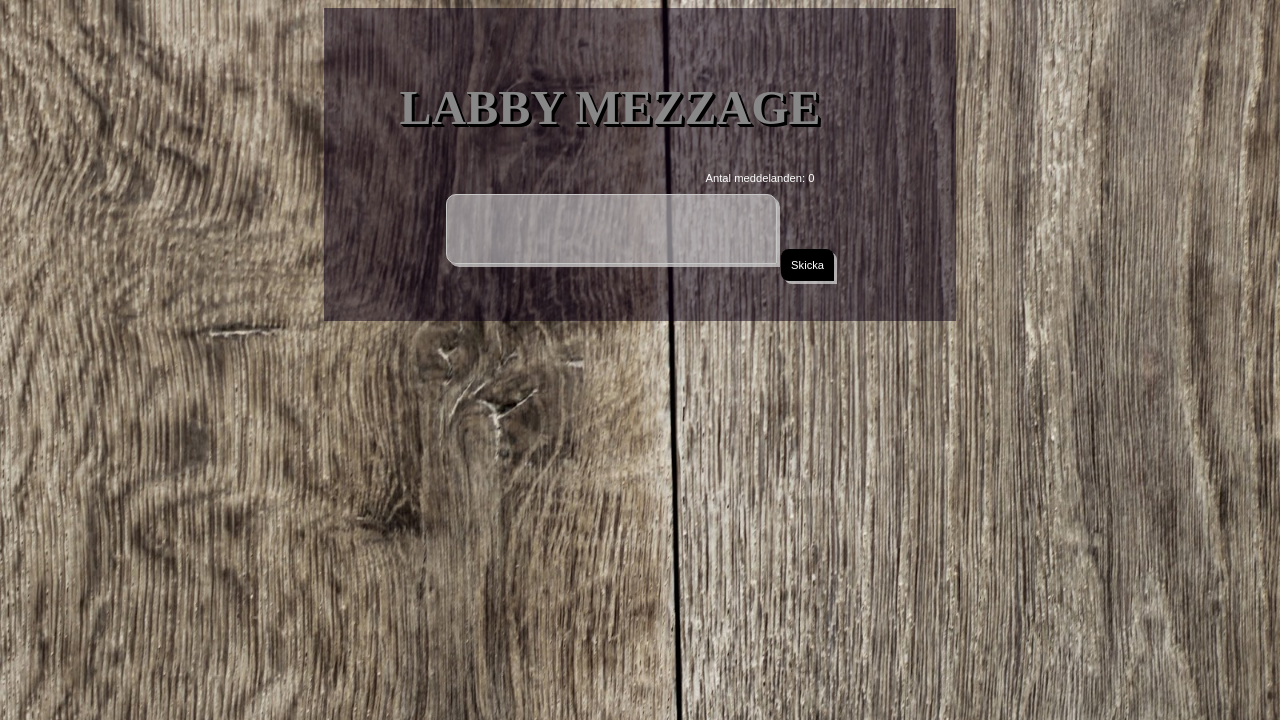
Repository: JeAut/1dv403-laborationer
Page: 2-labbymezzage/index.html
The author's editor kept a record of every edit. The page is drawn from the files as they stood at one moment, then again after the next edit.
The browser window is 1280 px wide. The pictures show the whole page.

Above is the page before.

### 2-labbymezzage/index.html
<!doctype html>
<html lang = "sv">
    <head>
        <meta charset="utf-8" />
        <meta name="viewport" content="width=device-width, initial-scale=1.0" />
        <title>Labby Mezzage</title>

        <link rel="stylesheet" href="style.css" type='text/css'>
        <link href='http://fonts.googleapis.com/css?family=Play:700' rel='stylesheet' type='text/css'>

        <script src="mainscript.js"></script>
        <script src="message.js"></script>

    </head>

    <body>

        <div id="container">
            <header>
                <h1>LABBY MEZZAGE</h1>
            </header>

            <main>
                <div id="messages"></div>
                <div id="counter"></div>
                <textarea id="textbox"></textarea>
                <input id="button" type="submit" value="Skicka" />
            </main>
        </div>

    </body>
</html>

### 2-labbymezzage/style.css



#container {
    display:block;
    height:1000%;
    padding:40px;

    margin-left:25%;
    margin-right:25%;
    text-align:center;
    background-color: rgba(12, 0, 20, 0.5);
}

#body {
    width:960px;
    margin: 0 auto;
}

body {
    background-image:url(wood.jpg);
    -webkit-background-size: cover;
    -moz-background-size: cover;
    -o-background-size: cover;
    background-size: cover;
}

h1 {
    margin-right:60px;
    color: #888;
    font-size: 48px;
    font-weight: bold;
    text-shadow: #000 1px 1px, #000 2px 2px, #000 3px 3px;
}


#textbox {
    resize:none;
    box-sizing:border-box;
    width: 60%;
    overflow:auto;
    height:70px;
    padding:10px;
    margin-bottom:5px;
    border-width:1px;
    border-color:rgb(200, 200, 200);
    border-style:solid;
    border-radius:10px 10px 0px 10px;
    box-shadow:3px 3px 0px rgba(220, 220, 220, 0.7);
    background-color:rgba(240, 240, 240, 0.5);
}

#button {
    float:none;
    padding:10px;
    border-radius:8px 8px 0px 8px;
    border:none;
    color:#FFF;
    background-color:#000;
    box-shadow:3px 3px 0px rgba(220, 220, 220, 0.7);
    font-size:0.7em;
}

.messagetime {
    margin-right: 4px;
    margin-left: 8px;

}

.removemessage {
    margin-left:200px;
}

#counter {
    float:none;
    padding-right:10px;
    padding-top:5px;
    padding-bottom:5px;
}

#counter, .datetext {
    font-family:Arial, sans-serif;
    font-size:0.7em;
    margin-left:250px;
    margin-bottom:5px;
    color:#fff;
}

.message {
    border-width:1px;
    border-color:#fff;
    border-style:solid;
    border-radius:10px;
    width:65%;
    overflow:auto;
    margin-left:121px;
    box-shadow:3px 3px 0px rgba(220, 220, 220, 0.7);
    background-color:rgba(240, 240, 240, 0.5);
}

.messagetext {
    font-family:Arial, sans-serif;
    color:#fff;
    font-size:0.9em;
}

.datetext {
    color:#000;
    margin-left:1px;
}

### 2-labbymezzage/mainscript.js
"use strict";

var mezzageApp = {

    messages: [],

    init: function(e){

        var button = document.querySelector("#button");
        var textarea = document.getElementById("textbox");
        document.getElementById("counter").innerHTML = "Antal meddelanden: 0";

        button.onclick = function(){
            mezzageApp.createMessage(textarea);
        };

        textarea.onkeypress = function(e){
            if(e.keyCode == 13 && !e.shiftKey){
                    e.preventDefault();
                    mezzageApp.createMessage(textarea);
            }
        };

    },

    createMessage: function(textarea){
        var message = textarea.value;

        if(message === ""){
            alert ("Du måste skriva in minst ett tecken.");
        }

        else if(message !== ""){

            var mess = new Message(message, new Date());
            mezzageApp.messages.push(mess);

            mezzageApp.renderMessages(mezzageApp.messages[mezzageApp.messages.length-1]);
        }
    },


    renderMessages: function(){

        document.getElementById("messages").innerHTML = "";
        var textbox = document.querySelector("#textbox");



        for (var i = 0; i < mezzageApp.messages.length; ++i){
            mezzageApp.renderMessage(i);
            textbox.value = "";
        }
            mezzageApp.countMessages(i);

    },

    countMessages: function(count){

        var counter = count-1;
        counter++;

        var counterText;
        counterText = document.getElementById("counter").innerHTML = "Antal meddelanden: " + counter;

    },


    renderMessage: function(messageID){

        var myMessages = document.getElementById("messages");

        var oneMessage = document.createElement("div");
        oneMessage.className = "message";

        var text = document.createElement("p");
        text.className = "messagetext";
        text.innerHTML = mezzageApp.messages[messageID].getHTMLText();

        var date = document.createElement("footer");
        date.className = "datetext";
        date.innerHTML = mezzageApp.messages[messageID].getDateText();

        var icons = document.createElement("div");
        icons.className = "icons";

        var removeMessage = document.createElement("img");
        removeMessage.className = "removemessage";
        removeMessage.setAttribute("src", "delete.png");
        removeMessage.setAttribute("alt", "Radera meddelandet");

        var aRemoveMessage = document.createElement("a");
        aRemoveMessage.setAttribute("href", "#");

        aRemoveMessage.appendChild(removeMessage);

        var messageTime = document.createElement("img");
        messageTime.className = "messagetime";
        messageTime.setAttribute("src", "clock.png");
        messageTime.setAttribute("alt", "När skapades meddelandet?");

        var aMessageTime = document.createElement("a");
        aMessageTime.setAttribute("href", "#");

        aMessageTime.appendChild(messageTime);

        icons.appendChild(aMessageTime);
        icons.appendChild(aRemoveMessage);

        oneMessage.appendChild(text);
        oneMessage.appendChild(icons);
        oneMessage.appendChild(date);

        myMessages.appendChild(oneMessage);

        aRemoveMessage.onclick = function(){
            mezzageApp.removeActualMessage(messageID);
        };

        aMessageTime.onclick = function(){
            mezzageApp.messageTimeCreated(messageID);
        };
    },

    messageTimeCreated: function(time){
            var months = ["januari", "februari", "mars", "april", "maj", "juni", "juli", "augusti", "september", "oktober", "november", "december"];
            var monthNumber = mezzageApp.messages[time].getDate().getMonth();
            var month = months[monthNumber];
            var d = mezzageApp.messages[time].getDate();
            alert("Inlägget skapades den " + d.getDate() + " " + month + " " + d.getFullYear() + " klockan " + mezzageApp.messages[time].getDateText());
    },

    removeActualMessage: function(removedMessage){
            var control = confirm("Är du säker på att du vill ta bort meddelandet?");
            if(control === true){
            mezzageApp.messages.splice(removedMessage, 1);
            mezzageApp.renderMessages();
        }
    },

};

window.onload = mezzageApp.init;

### 2-labbymezzage/message.js
"use strict";
/* Message constructor */

function Message(message, date){

    this.getText = function(){
        return message;
    };

    this.setText = function(_text){
        message = _text;
    };

    this.getDate = function(){
        return date;
    };

    this.setDate = function(_date){
        date = _date;
    };
}

Message.prototype.toString = function(){
    // Returnerar objektet som en sträng
    return (this.getText() + " (" + this.getDate() + ")");
};

Message.prototype.getHTMLText = function(){
    // Hämtar texten med \n utbytt mot <br/>
    var text = this.getText().replace(/\n/g, "<br />");
    return text;
};

Message.prototype.getDateText = function(){

    var d = this.getDate();
    var h = addZeroToDate(d.getHours());
    var m = addZeroToDate(d.getMinutes());
    var s = addZeroToDate(d.getSeconds());
    var dateText = h + ":" + m + ":" + s;
    return dateText;
};

function addZeroToDate (i){
    if (i < 10){
        i = "0" + i;
    }
    return i;
}

After the next edit:
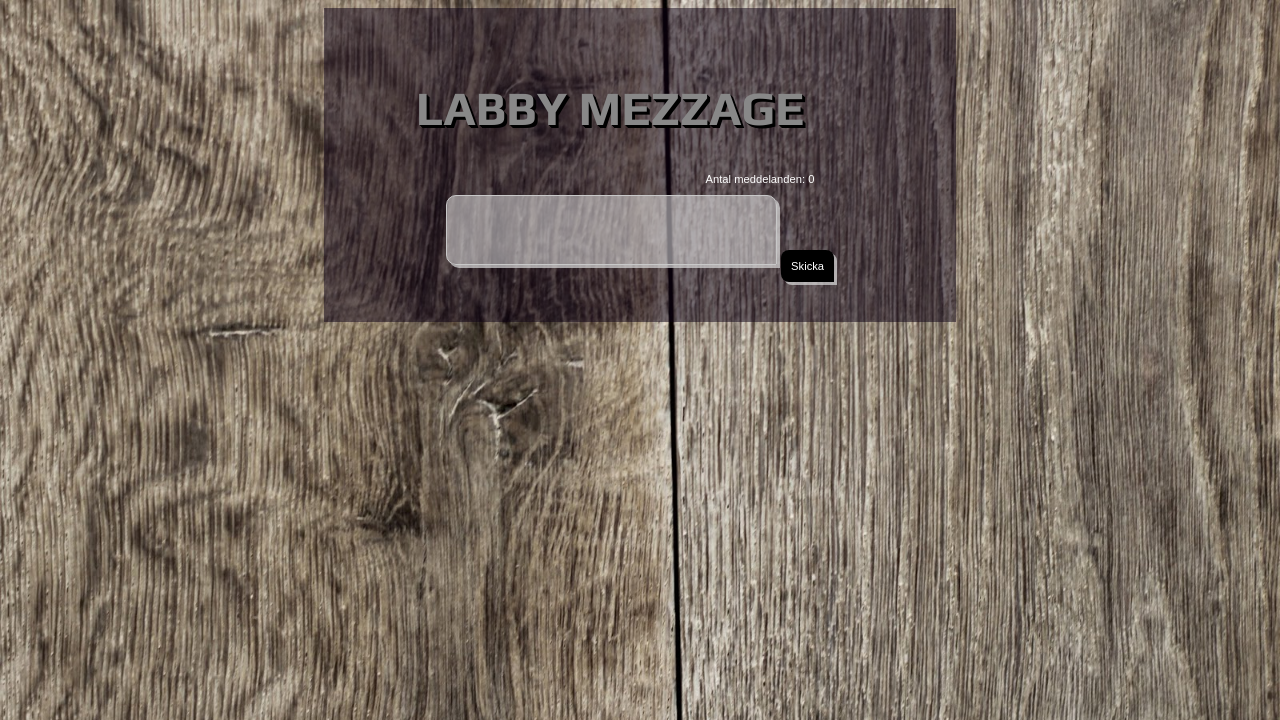
The edit:
--- a/2-labbymezzage/style.css
+++ b/2-labbymezzage/style.css
@@ -26,6 +26,7 @@
 }
 
 h1 {
+    font-family: 'Play', sans-serif;
     margin-right:60px;
     color: #888;
     font-size: 48px;
